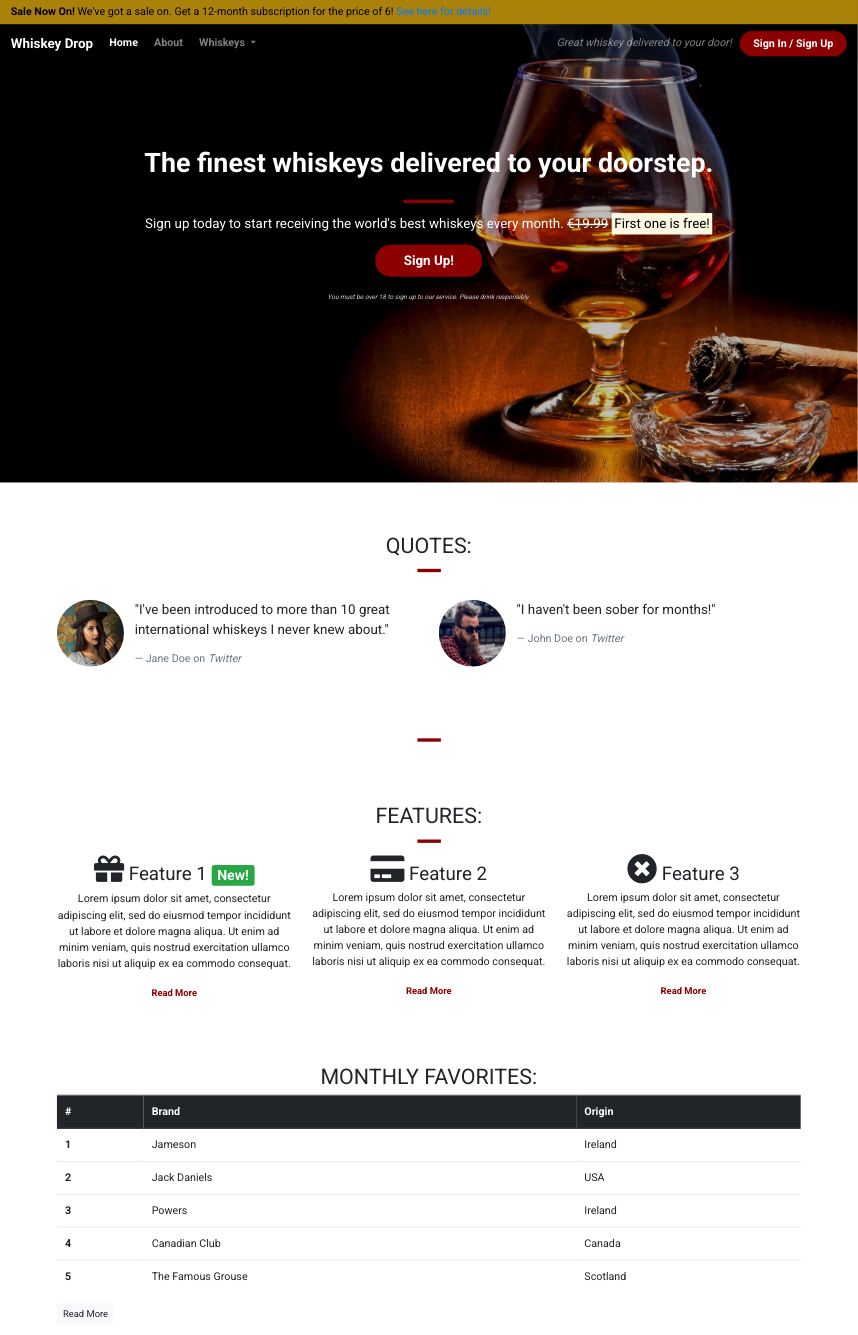
Repository: dof-bull/whiskey-drop
Page: index.html
The author's editor kept a record of every edit. The page is drawn from the files as they stood at one moment, then again after the next edit.
The browser window is 1280 px wide. The pictures show the whole page, at 67% of full size.
Backgrounds fixed to the window are drawn as part of the page. Some web libraries are served in a nearby version.

Above is the page before.

### index.html
<!DOCTYPE html>
<html lang="en-us">

<head>
  <meta charset="utf-8">
  <meta name="viewport" content="width=device-width, initial-scale=1.0">
  <title>Whiskey Drop | Taste a new whiskey every month</title>
  <link rel="stylesheet" href="https://maxcdn.bootstrapcdn.com/bootstrap/4.1.3/css/bootstrap.min.css">
  <link rel="stylesheet" href="https://use.fontawesome.com/releases/v5.6.1/css/all.css" integrity="sha384-gfdkjb5BdAXd+lj+gudLWI+BXq4IuLW5IT+brZEZsLFm++aCMlF1V92rMkPaX4PP" crossorigin="anonymous">
  <link href="https://fonts.googleapis.com/css?family=Roboto:400,700&display=swap" rel="stylesheet">
  <link rel="stylesheet" href="css/style.css" type="text/css" />
</head>

<body>

  <!-- Nav -->
  <div class="container-fluid navalert-container">
    <div class="container-fluid alert-container">
      <div class="row d-none d-sm-block">
        <div class="col-12">
          <div class="site-wide-alert alert alert-warning">
            <strong>Sale Now On!</strong> We've got a sale on. Get a 12-month subscription for the price of 6! <a href="">See here for details!</a>
          </div>
        </div>
      </div>
    </div>
    <nav class="navbar navbar-dark navbar-expand-sm">
      <a href="/" class="navbar-brand">Whiskey Drop</a>

      <button class="navbar-toggler ml-auto" type="button" data-toggle="collapse" data-target="#navbarNavDropdown" aria-controls="navbarNavDropdown" aria-expanded="false" aria-label="Toggle navigation">
        <span class="navbar-toggler-icon"></span></button>

      <div class="collapse navbar-collapse" id="navbarNavDropdown">
        <ul class="navbar-nav mr-auto">
          <li class="active nav-item mr-2"><a class="nav-link" href="/">Home</a></li>
          <li class="nav-item mr-2"><a class="nav-link" href="/about">About</a></li>
          <li class="nav-item dropdown">
            <a class="nav-link dropdown-toggle" href="#" id="navbarDropdownMenuLink" role="button" data-toggle="dropdown" aria-haspopup="true" aria-expanded="false">
          Whiskeys
        </a>
            <div class="dropdown-menu" aria-labelledby="navbarDropdownMenuLink">
              <a class="dropdown-item" href="#">Irish</a>
              <a class="dropdown-item" href="#">Scotch</a>
              <a class="dropdown-item" href="#">Japanese</a>
              <a class="dropdown-item" href="#">American</a>
            </div>
          </li>

          <li class="nav-item mr-2 d-block d-sm-none"><a class="nav-link" href="/login">Sign In / Sign Up</a></li>
        </ul>
      </div>
      <div class="d-none d-md-block">
        <p class="navbar-text my-auto mr-2"><i>Great whiskey delivered to your door!</i></p>
        <a href="/login" class="btn btn--cta btn--red">Sign In / Sign Up</a>
      </div>
    </nav>
  </div>
  <!-- /Nav -->

  <!-- Callout -->
  <div class="container-fluid callout-container">
    <div class="opaque-overlay">&nbsp;</div>
    <div class="row">
      <div class="col-12">
        <section class="callout jumbotron text-center">
          <h1 class="jumbotron-header">The finest whiskeys delivered to your doorstep.</h1>
          <hr class="block-divider block-divider--red">
          <p class="lead">Sign up today to start receiving the world's best whiskeys every month.
            <s class="d-none d-sm-inline">€19.99</s>
            <span class="d-inline d-sm-none"><br></span>
            <strong><mark>First one is free!</mark></strong></p>
          <p><button class="btn btn-lg btn--cta btn--red" data-toggle="modal" data-target="#signUpModal">Sign Up!</button></p>
          <p class="text-muted"><small>You must be over 18 to sign up to our service. Please drink responsibly.</small></p>
        </section>
      </div>
    </div>
  </div>
  <!-- /.callout -->

  <!-- Quotes -->
  <div class="container-wrapper">
    <div class="container quotes-container content-container">
      <section class="quotes">
        <div class="row">
          <div class="col-12 page-header">
            <h2 class="text-uppercase">Quotes:</h2>
            <hr class="block-divider block-divider--short">
          </div>
        </div>
        <div class="row">
          <div class="col-12 col-md-6">
            <div class="media">
              <div class="d-none d-sm-block">
                <img src="images/girl-image.png" class="rounded-circle mr-3" height=100 width=100 alt="girl">
              </div>
              <div class="media-body">
                <blockquote class="blockquote">
                  <p>"I've been introduced to more than 10 great international whiskeys I never knew about."</p>
                  <footer class="blockquote-footer">Jane Doe on <cite title="Twitter">Twitter</cite></footer>
                </blockquote>
              </div>
            </div>
          </div>
          <div class="col-12 col-md-6">
            <div class="media">
              <div class="d-none d-sm-block">
                <img src="images/guy-image.png" class="rounded-circle mr-3" height=100 width=100 alt="guy">
              </div>
              <div class="media-body">
                <blockquote class="blockquote">
                  <p>"I haven't been sober for months!"</p>
                  <footer class="blockquote-footer">John Doe on <cite title="Twitter">Twitter</cite></footer>
                </blockquote>
              </div>
            </div>
          </div>
        </div>
      </section>
    </div>
  </div>
  <!-- /.quotes -->

  <hr class="block-divider block-divider--short">

  <!-- Features -->
  <div class="container-wrapper">
    <div class="container features-container content-container">
      <section class="features">
        <div class="row">
          <div class="col-12 page-header">
            <h2 class="text-uppercase">Features:</h2>
            <hr class="block-divider block-divider--short">
          </div>
        </div>
        <div class="row">
          <div class="col-12 col-md-6 col-lg-4">
            <div class="feature">
              <h3><i class="fas fa-gift d-none d-sm-inline"></i> Feature 1 <span class="badge badge-success">New!</span></h3>
              <p>Lorem ipsum dolor sit amet, consectetur adipiscing elit, sed do eiusmod tempor incididunt ut labore et dolore magna aliqua. Ut enim ad minim veniam, quis nostrud exercitation ullamco laboris nisi ut aliquip ex ea commodo consequat.</p>
              <p><a class="btn btn-sm btn-light" href="">Read More</a></p>
            </div>
          </div>
          <div class="col-12 col-md-6 col-lg-4">
            <div class="feature">
              <h3><i class="fas fa-credit-card d-none d-sm-inline"></i> Feature 2</h3>
              <p>Lorem ipsum dolor sit amet, consectetur adipiscing elit, sed do eiusmod tempor incididunt ut labore et dolore magna aliqua. Ut enim ad minim veniam, quis nostrud exercitation ullamco laboris nisi ut aliquip ex ea commodo consequat.</p>
              <p><a class="btn btn-sm btn-light" href="">Read More</a></p>
            </div>
          </div>
          <div class="col-12 d-md-none d-lg-block col-lg-4">
            <div class="feature">
              <h3><i class="fas fa-times-circle d-none d-sm-inline"></i> Feature 3</h3>
              <p>Lorem ipsum dolor sit amet, consectetur adipiscing elit, sed do eiusmod tempor incididunt ut labore et dolore magna aliqua. Ut enim ad minim veniam, quis nostrud exercitation ullamco laboris nisi ut aliquip ex ea commodo consequat.</p>
              <p><a class="btn btn-sm btn-light" href="">Read More</a></p>
            </div>
          </div>
        </div>
      </section>
    </div>
  </div>
  <!-- /.features -->

  <!-- Monthly Favorites -->
  <div class="container monthly-favorites-container ">
    <section class="monthly-favorites d-none d-sm-none d-md-block d-lg-block">
      <div class="row">
        <div class="col-12 page-header">
          <h2 class="text-uppercase">Monthly Favorites:</h2>
        </div>
      </div>
      <table class="table">
        <thead class="thead-dark">
          <tr>
            <th scope="col">#</th>
            <th scope="col">Brand</th>
            <th scope="col">Origin</th>
          </tr>
        </thead>
        <tbody>
          <tr>
            <th scope="row">1</th>
            <td>Jameson</td>
            <td>Ireland</td>
          </tr>
          <tr>
            <th scope="row">2</th>
            <td>Jack Daniels</td>
            <td>USA</td>
          </tr>
          <tr>
            <th scope="row">3</th>
            <td>Powers</td>
            <td>Ireland</td>
          </tr>
          <tr>
            <th scope="row">4</th>
            <td>Canadian Club</td>
            <td>Canada</td>
          </tr>
          <tr>
            <th scope="row">5</th>
            <td>The Famous Grouse</td>
            <td>Scotland</td>
          </tr>
        </tbody>
      </table>
      <p><a class="btn btn-sm btn-light" href=""> Read More</a>
      </p>
    </section>
  </div>
  <!-- /.monthly favorites -->

  <!--  Modal -->
  <div class="modal" tabindex="-1" role="dialog" id="signUpModal">
    <div class="modal-dialog" role="document">
      <div class="modal-content">
        <div class="modal-header">
          <h5 class="modal-title">Sign Up To Whiskey Drop!</h5>
          <button type="button" class="close" data-dismiss="modal" aria-label="Close">
          <span aria-hidden="true">&times;</span>
        </button>
        </div>
        <div class="modal-body">
          <form>
            <div class="form-group">
              <label for="exampleInputEmail1">Email address</label>
              <input type="email" class="form-control" id="exampleInputEmail1" aria-describedby="emailHelp" placeholder="Enter email">
              <small id="emailHelp" class="form-text text-muted">We'll never share your email with anyone else.</small>
            </div>
            <div class="form-group">
              <label for="password">Password</label>
              <input type="password" class="form-control" id="password" placeholder="Password">
            </div>
            <div class="form-group">
              <label for="repeatPassword">Repeat Password</label>
              <input type="password" class="form-control" id="repeatPassword" placeholder="Repeat Password">
            </div>
            <button type="submit" class="btn btn-success">Submit</button>
          </form>
        </div>
      </div>
    </div>
  </div>
  <!--  /Modal -->

  <script src="https://code.jquery.com/jquery-3.3.1.slim.min.js" integrity="sha384-q8i/X+965DzO0rT7abK41JStQIAqVgRVzpbzo5smXKp4YfRvH+8abtTE1Pi6jizo" crossorigin="anonymous"></script>
  <script src="https://cdnjs.cloudflare.com/ajax/libs/popper.js/1.14.7/umd/popper.min.js" integrity="sha384-UO2eT0CpHqdSJQ6hJty5KVphtPhzWj9WO1clHTMGa3JDZwrnQq4sF86dIHNDz0W1" crossorigin="anonymous"></script>
  <script src="https://stackpath.bootstrapcdn.com/bootstrap/4.3.1/js/bootstrap.min.js" integrity="sha384-JjSmVgyd0p3pXB1rRibZUAYoIIy6OrQ6VrjIEaFf/nJGzIxFDsf4x0xIM+B07jRM" crossorigin="anonymous"></script>
</body>

</html>

### css/style.css
body {
    font-family: 'Roboto', sans-serif;
}

.container-wrapper {}

.container-wrapper--red {
    background-color: darkred;
    color: white;
}

.alert-container .col-12 {
    padding-left: 0;
    padding-right: 0;
}

.site-wide-alert {
    border-radius: 0;
    margin-bottom: 0;
    padding: 5px 15px;
    color: black;
    background-color: #aa8109;
    border-color: #aa8109;
}

.callout-container {
    height: 100vh;

    background: url("../images/whiskey-background.jpg") no-repeat bottom right fixed;
    -webkit-background-size: cover;
    -moz-background-size: cover;
    -o-background-size: cover;
    background-size: cover;

    display: flex;
    align-items: center;
    justify-content: center;

    position: relative;
}

.opaque-overlay {
    position: absolute;
    top: 0;
    left: 0;
    height: 100%;
    width: 100%;
    background-color: rgba(0, 0, 0, 0.25);
}

.quotes-container {}

.features-container {}

.monthly-favorites-container {}

/* Page headers */

.page-header {
    margin-bottom: 0;
    border-bottom: 0;
    text-align: center;
}

.page-header h2 {
    margin-top: 0;
}

.quotes .page-header {
    margin-bottom: 25px;
}

/* Block Dividers */

.block-divider {
    width: 75px;
    height: 5px;
    border: 0;
    background-color: darkred;
}

.block-divider--red {
    background-color: darkred;
}

.block-divider--white {
    background-color: white;
}


.block-divider--short {
    width: 35px;
}

/* Content containers */

.content-container {
    padding-top: 75px;
    padding-bottom: 75px;
}

/* Navbar */

.navalert-container {
    position: absolute;
    top: 0;
    left: 0;
    padding-left: 0;
    padding-right: 0;
    z-index: 1;
}

.navbar {
    margin-bottom: 0;
    border: 0;
    width: 100%;
    background-color: rgba(0, 0, 0, 0.25);
}

.navbar .navbar-toggler {
    border: 0;
}

.navbar-brand {
    font-weight: bold;
}

.navbar .navbar-nav a {
    font-weight: bold;
}

/* Jumobtron */

.jumbotron {
    background-color: transparent;
}

.jumbotron-header {
    color: white;
    font-weight: bold;
    margin-bottom: 30px;
}

.jumbotron .lead {
    color: white;
}


.jumbotron small {
    font-size: 60%;
    font-style: italic;
    color: #d0d0d0;
}

/* Buttons */

.btn--cta {
    font-weight: bold;
    border-radius: 23px;
    width: 160px;
}

.btn--red {
    color: white;
    background-color: darkred;
    border-color: darkred;
}

.btn--red:hover,
.btn--red:active,
.btn--red:focus,
.btn--red:active:focus {
    background-color: red;
    border-color: red;
}

.feature {
    text-align: center
}

.feature i {
    margin-bottom: 20px;
    font-size: 45px;
    line-height: 45px;
}

.feature .btn {
    background-color: white;
    border-color: white;
    border-radius: 15px;
    min-width: 100px;
    font-weight: bold;
    margin-top: 1opx;
    color: darkred;
}

After the next edit:
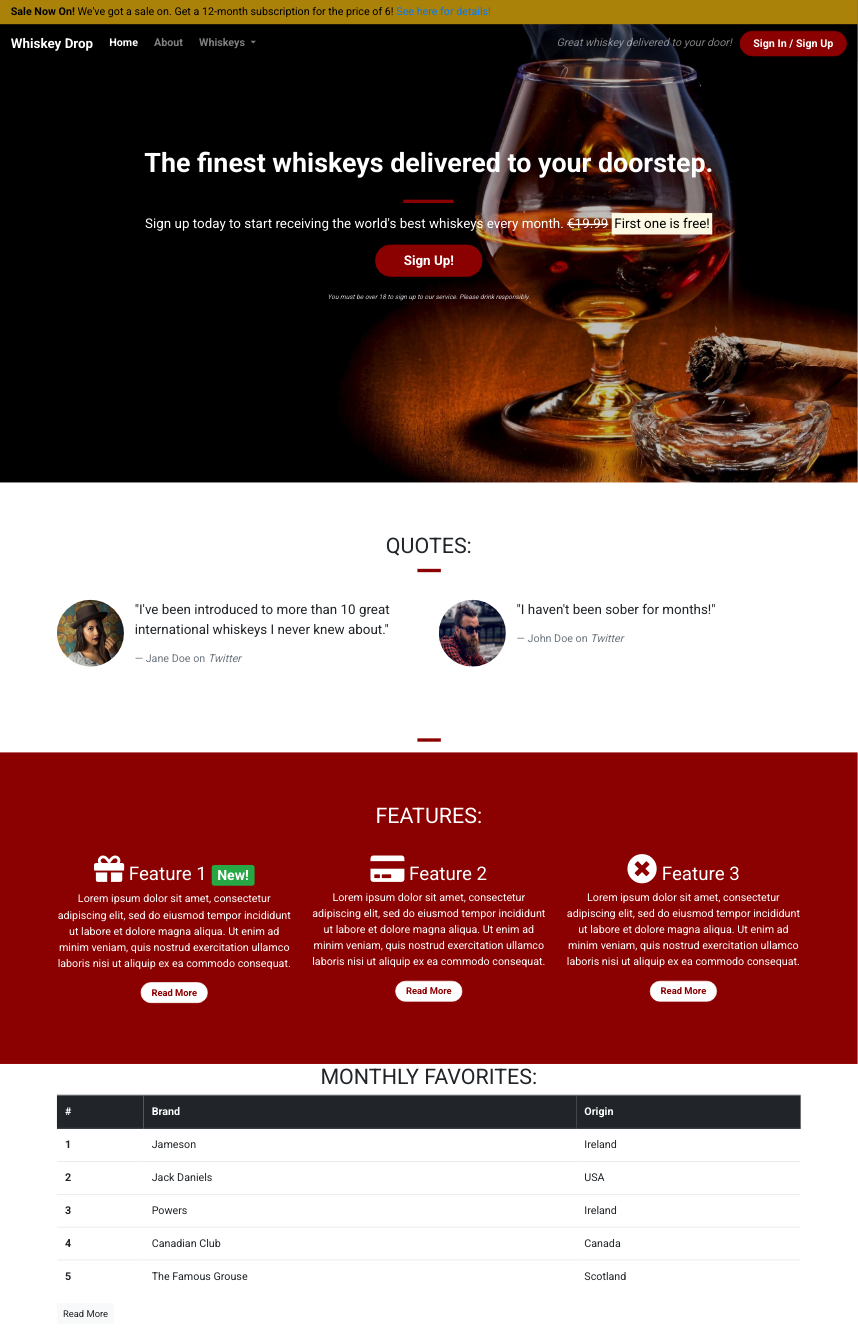
The edit:
--- a/index.html
+++ b/index.html
@@ -123,7 +123,7 @@
   <hr class="block-divider block-divider--short">
 
   <!-- Features -->
-  <div class="container-wrapper">
+  <div class="container-wrapper container-wrapper--red">
     <div class="container features-container content-container">
       <section class="features">
         <div class="row">
